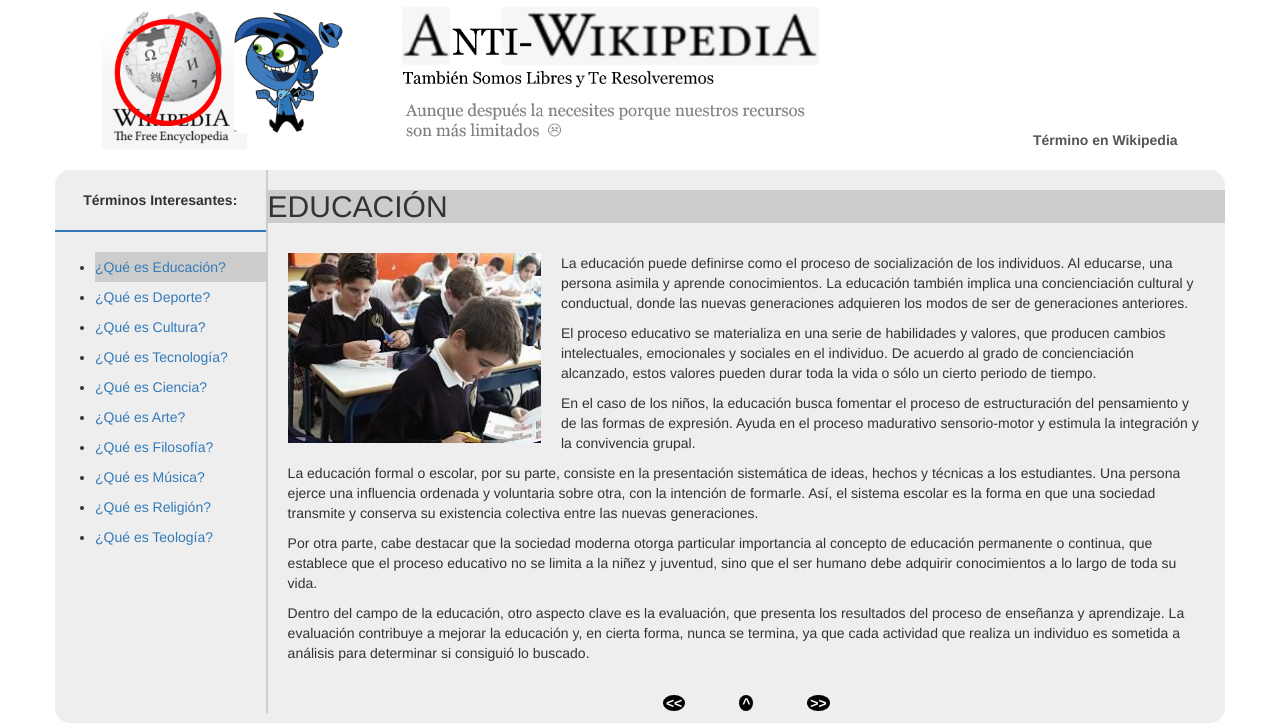
Repository: Waz25/Class-Royal
Page: Nueva carpeta/Primera Asignacion Web/classe.html
The author's editor kept a record of every edit. The page is drawn from the files as they stood at one moment, then again after the next edit.
The browser window is 1280 px wide. The pictures show the whole page.

Above is the page before.

### Nueva carpeta/Primera Asignacion Web/classe.html
<!DOCTYPE html>
<html>
    <head>
        <title>Anti-Wikipedia</title>
        <link href="css/bootstrap.min.css" rel="stylesheet">
        <link href="stilos.css" type="text/css" rel="stylesheet">
    </head>
    <body>
         <div class="cabeza">
            <img src="images/head.png" class="cabecita" height="150" width="" />
            <a href="https://es.wikipedia.org/wiki/Educación"><span style="color:#555; font-weight:bold; float:right; margin-right:8%; margin-top:130px;">T&eacute;rmino en Wikipedia</span></a>
        </div>
        <div class="container">
            <div class="izquierdo">
                <br/>
                <center><span>T&eacute;rminos Interesantes:</span></center>
                <hr>
                <p>
                    <ul class="menu">
                        <li class="activo"><a href="classe.html">&iquest;Qu&eacute; es Educaci&oacute;n?</a></li>
                        <li><a href="classe2.html">&iquest;Qu&eacute; es Deporte?</a></li>
                        <li><a href="classe3.html">&iquest;Qu&eacute; es Cultura?</a></li>
                        <li><a href="classe4.html">&iquest;Qu&eacute; es Tecnolog&iacute;a?</a></li>
                        <li><a href="classe5.html">&iquest;Qu&eacute; es Ciencia?</a></li>
                        <li><a href="classe6.html">&iquest;Qu&eacute; es Arte?</a></li>
                        <li><a href="classe7.html">&iquest;Qu&eacute; es Filosof&iacute;a?</a></li>
                        <li><a href="classe8.html">&iquest;Qu&eacute; es M&uacute;sica?</a></li>
                        <li><a href="classe9.html">&iquest;Qu&eacute; es Religi&oacute;n?</a></li>
                        <li><a href="classe10.html">&iquest;Qu&eacute; es Teolog&iacute;a?</a></li>
                    </ul>
                <br/>
            </div>
            <div class="derecho">
                <div class="titulo">
                <h2>EDUCACI&Oacute;N</h2>
                </div>
                <div class="detalle">
                    <p>
                       <img src="images/educacion.jpg" class="imgdetail" height="190" width="" />
                       La educación puede definirse como el proceso de socialización de los individuos. Al educarse, una persona asimila y aprende conocimientos. La educación también implica una concienciación cultural y conductual, donde las nuevas generaciones adquieren los modos de ser de generaciones anteriores.
                    </p><p>
                        El proceso educativo se materializa en una serie de habilidades y valores, que producen cambios intelectuales, emocionales y sociales en el individuo. De acuerdo al grado de concienciación alcanzado, estos valores pueden durar toda la vida o sólo un cierto periodo de tiempo.
                    </p><p>
                        En el caso de los niños, la educación busca fomentar el proceso de estructuración del pensamiento y de las formas de expresión. Ayuda en el proceso madurativo sensorio-motor y estimula la integración y la convivencia grupal.
                    </p><p>
                        La educación formal o escolar, por su parte, consiste en la presentación sistemática de ideas, hechos y técnicas a los estudiantes. Una persona ejerce una influencia ordenada y voluntaria sobre otra, con la intención de formarle. Así, el sistema escolar es la forma en que una sociedad transmite y conserva su existencia colectiva entre las nuevas generaciones.
                    </p><p>
                        Por otra parte, cabe destacar que la sociedad moderna otorga particular importancia al concepto de educación permanente o continua, que establece que el proceso educativo no se limita a la niñez y juventud, sino que el ser humano debe adquirir conocimientos a lo largo de toda su vida.
                    </p><p>
                        Dentro del campo de la educación, otro aspecto clave es la evaluación, que presenta los resultados del proceso de enseñanza y aprendizaje. La evaluación contribuye a mejorar la educación y, en cierta forma, nunca se termina, ya que cada actividad que realiza un individuo es sometida a análisis para determinar si consiguió lo buscado.
                    </p>
                </div>
                <div class="pie">
                    <span class="op"><<</span>
                    <a href="" title="Ir arriba"><span class="op2">^</span></a>
                    <a href="classe2.html" title="Siguiente"><span class="op3">>></span></a>
                </div>
            </div>

        </div>

    </body>
</html>

### Nueva carpeta/Primera Asignacion Web/stilos.css
.container {
     background-color:#eee;
     margin-top:20px;
     border-radius:15px;
     padding:0px;
}
.cabeza {
    height:150px;
    background-color:#fff;
}
.cabecita {
    margin-left:8%;
}
.izquierdo {
    width:18%;
    height:100%;
    background-color:;
    float:left;
    color:;
    margin-left:0px;
}
.izquierdo>center>span {
    font-weight:bold;
}
hr {
    border:0.5px solid #337ab7;
}
.menu>li {
    background-color:;
    padding-top:5px;
    padding-bottom:5px;
}
.menu>li:hover {
    background-color:#aaa;
    padding-top:5px;
    padding-bottom:5px;
}
.activo {
    background-color:#ccc;
}
.derecho {
    width:82%;
    height:100%;
    float:left;
    margin-right:0px;
    margin-bottom:10px;
    border-left:2px solid #ccc;
}
.titulo {
    background-color:#ccc;
}
.detalle {
    padding:20px;
}
.pie {
    clear:left;
    width:100%;
    text-align:center;
    margin-bottom:0px;
}
.op {
    border-radius:50%;
    background-color:#000;
    color:#fff;
    margin-right:50px;
    font-weight:bold;
    padding-left:3px;
    padding-right:3px;
}
.op2 {
    border-radius:50%;
    background-color:#000;
    color:#fff;
    font-weight:bold;
    padding-left:3px;
    padding-right:3px;
    padding-top:px;
}
.op3 {
    border-radius:50%;
    background-color:#000;
    color:#fff;
    margin-left:50px;
    font-weight:bold;
    padding-left:3px;
    padding-right:3px;
}
.imgdetail {
    float:left;
    margin-right:20px;
}

Loaded but not shown: Nueva carpeta/Primera Asignacion Web/css/bootstrap.min.css (library)

After the next edit:
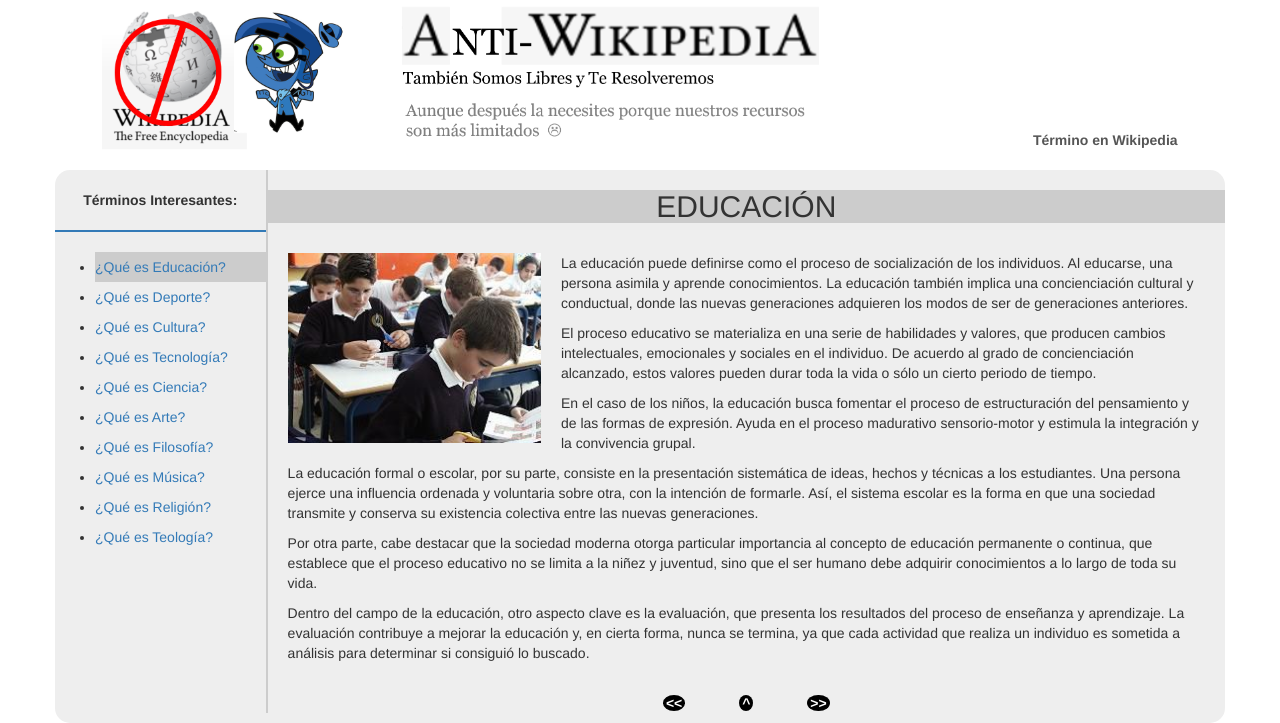
The edit:
--- a/Nueva carpeta/Primera Asignacion Web/stilos.css
+++ b/Nueva carpeta/Primera Asignacion Web/stilos.css
@@ -47,7 +47,10 @@
     border-left:2px solid #ccc;
 }
 .titulo {
+    width:100%;
     background-color:#ccc;
+    text-align:center;
+    margin-top:0px;
 }
 .detalle {
     padding:20px;
